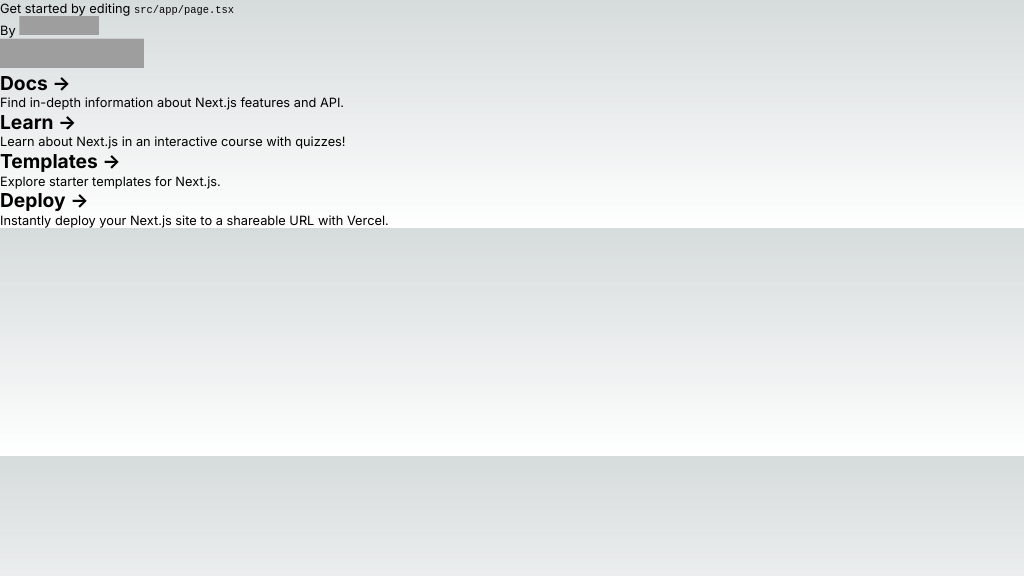
Repository: jun01270/z-com
Page: /compose/tweet
The author's editor kept a copy of each file at every save. The page is drawn from the files as they stood at one save, then again after the next save.
The browser window is 1280 px wide. The pictures show the whole page, at 80% of full size.
Pictures or frames that could not be fetched are drawn as grey boxes. The project was rebuilt for these pictures with package versions that can differ from the ones it lists, and the page was loaded fresh each time. The framework's server and built-in components were replaced by stand-ins that run in the browser. Also part of the build but not shown: next.config.js, src/app/page.module.css.

Above is the page before, as saved 2024-01-22 16:14:12.

### src/app/layout.tsx
import type { Metadata } from "next";
import { Inter } from "next/font/google";
import "./globals.css";
import styles from "@/app/(beforeLogin)/_component/main.module.css";

const inter = Inter({ subsets: ["latin"] });

export const metadata: Metadata = {
  title: "Create Next App",
  description: "Generated by create next app",
};

export default function RootLayout({
  children,
}: {
  children: React.ReactNode;
}) {
  return (
    <html lang="en">
      <body className={inter.className}>
        <div>{children}</div>
      </body>
    </html>
  );
}

### src/app/(afterLogin)/compose/tweet/page.tsx
import Image from "next/image";
import styles from "./page.module.css";

export default function Home() {
  return (
    <main className={styles.main}>
      <div className={styles.description}>
        <p>
          Get started by editing&nbsp;
          <code className={styles.code}>src/app/page.tsx</code>
        </p>
        <div>
          <a
            href="https://vercel.com?utm_source=create-next-app&utm_medium=appdir-template&utm_campaign=create-next-app"
            target="_blank"
            rel="noopener noreferrer"
          >
            By{" "}
            <Image
              src="/vercel.svg"
              alt="Vercel Logo"
              className={styles.vercelLogo}
              width={100}
              height={24}
              priority
            />
          </a>
        </div>
      </div>

      <div className={styles.center}>
        <Image
          className={styles.logo}
          src="/next.svg"
          alt="Next.js Logo"
          width={180}
          height={37}
          priority
        />
      </div>

      <div className={styles.grid}>
        <a
          href="https://nextjs.org/docs?utm_source=create-next-app&utm_medium=appdir-template&utm_campaign=create-next-app"
          className={styles.card}
          target="_blank"
          rel="noopener noreferrer"
        >
          <h2>
            Docs <span>-&gt;</span>
          </h2>
          <p>Find in-depth information about Next.js features and API.</p>
        </a>

        <a
          href="https://nextjs.org/learn?utm_source=create-next-app&utm_medium=appdir-template&utm_campaign=create-next-app"
          className={styles.card}
          target="_blank"
          rel="noopener noreferrer"
        >
          <h2>
            Learn <span>-&gt;</span>
          </h2>
          <p>Learn about Next.js in an interactive course with&nbsp;quizzes!</p>
        </a>

        <a
          href="https://vercel.com/templates?framework=next.js&utm_source=create-next-app&utm_medium=appdir-template&utm_campaign=create-next-app"
          className={styles.card}
          target="_blank"
          rel="noopener noreferrer"
        >
          <h2>
            Templates <span>-&gt;</span>
          </h2>
          <p>Explore starter templates for Next.js.</p>
        </a>

        <a
          href="https://vercel.com/new?utm_source=create-next-app&utm_medium=appdir-template&utm_campaign=create-next-app"
          className={styles.card}
          target="_blank"
          rel="noopener noreferrer"
        >
          <h2>
            Deploy <span>-&gt;</span>
          </h2>
          <p>
            Instantly deploy your Next.js site to a shareable URL with Vercel.
          </p>
        </a>
      </div>
    </main>
  );
}

### src/app/(afterLogin)/layout.module.css
.container {
  display: flex;
  align-items: stretch;
  background-color: #fff;
}

.leftSectionWrapper {
  display: flex;
  align-items: flex-end;
  flex-direction: column;
  flex-grow: 1;
}

.leftSection {
  width: 275px;
  height: 100dvh;
}

.leftSectionFixed {
  position: fixed;
  width: inherit;
  height: 100dvh;
  display: flex;
  flex-direction: column;
}

.leftSectionFixed nav {
  flex: 1;
}
.leftSectionFixed nav li {
  list-style-type: none;
}

.logo {
  display: inline-block;
  height: 56px;
  margin-top: 2px;
}

.logoPill {
  width: 50px;
  height: 50px;
  border-radius: 50%;
  display: flex;
  justify-content: center;
  align-items: center;
}
.logoPill:hover {
  background-color: rgba(15, 20, 25, 0.1);
}

.postButton {
  margin: 16px 0;
  display: flex;
  justify-content: center;
  align-items: center;
  height: 52px;
  box-shadow: rgba(0, 0, 0, 0.08) 0px 8px 28px;
  background-color: rgb(29, 155, 240);
  width: 234px;
  border: none;
  color: rgb(255, 255, 255);
  font-weight: 700;
  font-size: 17px;
  border-radius: 26px;
}

.postButton:hover {
  background-color: rgb(26, 140, 216);
}

.rightSectionWrapper {
  display: flex;
  align-items: flex-start;
  height: 100dvh;
  flex-direction: column;
  flex-grow: 1;
}

.rightSectionInner {
  height: 100%;
  width: 990px;
  display: flex;
  justify-content: space-between;
}

.main {
  width: 600px;
  height: 200dvh;
}

.rightSection {
  width: 350px;
  height: 100%;
}

.search {
  position: fixed;
  height: 42px;
  width: inherit;
  border-radius: 21px;
  background-color: rgb(239, 243, 244);
  margin-top: 6px;
  margin-bottom: 12px;
  display: flex;
  align-items: center;
}

.search svg {
  margin-left: 20px;
  fill: rgb(83, 100, 113);
}

.search input {
  outline: none;
  background-color: inherit;
  border: none;
  padding: 12px;
  margin-left: 5px;
  font-size: 15px;
}

.followRecommend {
  font-size: 20px;
  font-weight: bold;
  background-color: rgb(247, 249, 249);
  border-radius: 16px;
  margin: 12px 0;
  padding: 12px 16px;
}
.followRecommend h3 {
  padding-bottom: 12px;
}

Loaded but not shown: src/app/globals.css (common file)

After the next save:
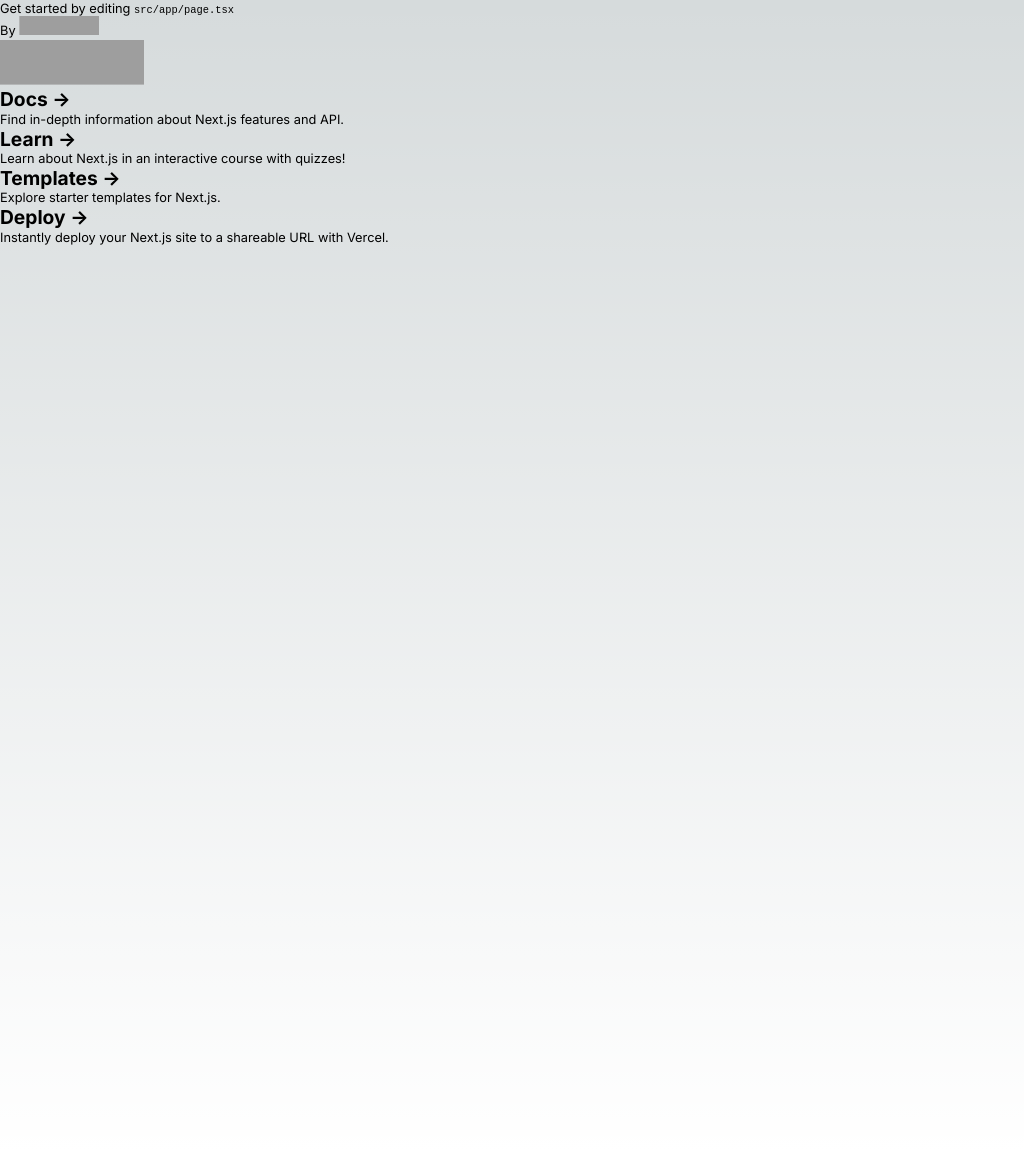
Saved 15 s later.
--- a/src/app/(afterLogin)/compose/tweet/page.tsx
+++ b/src/app/(afterLogin)/compose/tweet/page.tsx
@@ -1,5 +1,5 @@
 import Image from "next/image";
-import styles from "./page.module.css";
+import styles from "@/app/(afterLogin)/layout.module.css";
 
 export default function Home() {
   return (
